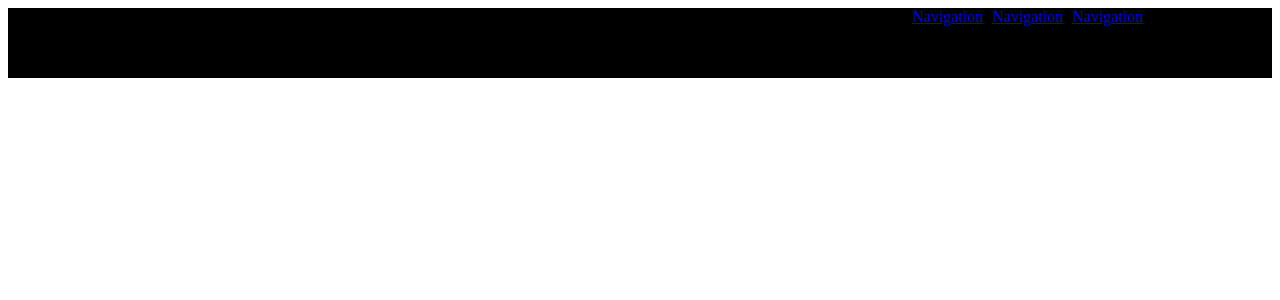
Repository: piotrokrutniak/Projekt-Studia
Page: index.html
The author's editor kept a copy of each file at every save. The page is drawn from the files as they stood at one save, then again after the next save.
The browser window is 1280 px wide. The pictures show the whole page.

Above is the page before, as saved 2023-03-04 02:22:30.

### index.html
<!DOCTYPE html>
<head>
    <meta charset="UTF-8" />
    <meta http-equiv="X-UA-Compatible" content="IE=edge" />
    <meta name="viewport" content="width=device-width, initial-scale=1.0" />
    <link rel="stylesheet" type="text/css" href="styles.css" />
    <title>Website Title</title>
</head>
<body>
    <div class="navbar-container">
        <div class="navbar">
            <div class="logo">WebsiteLogo</div>
            <div class="navigation">
                <a href="/index" class="navigation-link">
                    <div class="navigation-button">
                        Navigation
                    </div>
                </a>
                <a href="/index" class="navigation-link">
                    <div class="navigation-button">
                        Navigation
                    </div>
                </a>
                <a href="/index" class="navigation-link">
                    <div class="navigation-button">
                        Navigation
                    </div>
                </a>
            </div>
        </div>
    </div>
</body>

### styles.css
.navbar{


    position: relative;
    max-width: 1024px;
    min-width: 328px;
    top: 0px;
    margin: auto;
    display: flex;
    flex-direction:row;
    justify-content: space-between;
}

.navbar-container{
    width: 100%;
    height: 70px;
    background: black;
    position: sticky;
    top: 0;
}

.navigation-link{
    display: grid;
}

.navigation{
    display: grid;
    grid-template-columns: 80px 80px 80px;
}

After the next save:
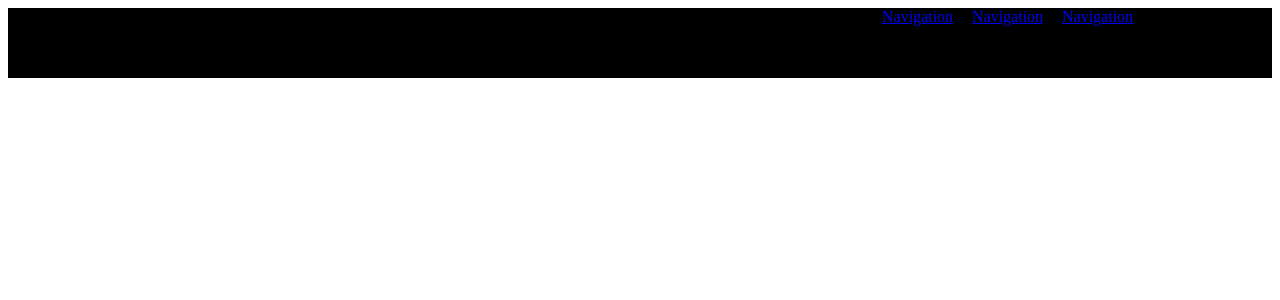
Saved 10 s later.
--- a/styles.css
+++ b/styles.css
@@ -25,5 +25,5 @@
 
 .navigation{
     display: grid;
-    grid-template-columns: 80px 80px 80px;
+    grid-template-columns: 90px 90px 90px;
 }
